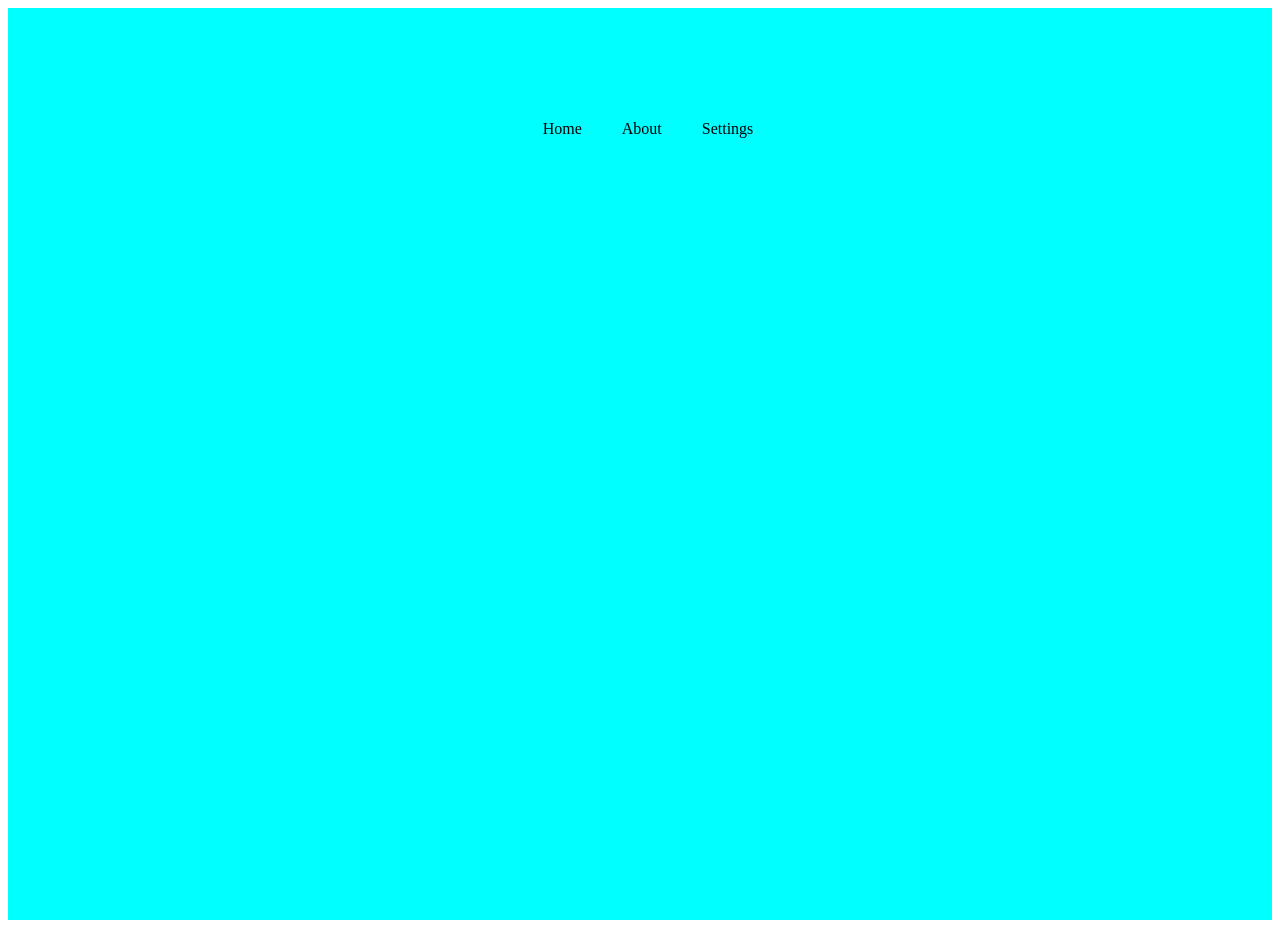
Repository: k8ANStar/Questify
Page: /
An editor plug-in stored every save of this project. The page is shown before and after the next save, followed by the edit.
The browser window is 1280 px wide. The pictures show the whole page.
The project was rebuilt for these pictures with package versions that can differ from the ones it lists, and the page was loaded fresh each time. The framework's server and built-in components were replaced by stand-ins that run in the browser. Also part of the build but not shown: next.config.mjs.

Above is the page before, as saved 2024-03-24 21:50:27.

### pages/index.js
import Head from "next/head";
import styles from "@/styles/Home.module.css";
import Header from "@/components/Header";


export default function Home() {
  return (
    <>
      <Head>
        <title>Create Next App</title>
        <meta name="description" content="Generated by create next app" />
        <meta name="viewport" content="width=device-width, initial-scale=1" />
        <link rel="icon" href="/favicon.ico" />
      </Head>
      <main className={`${styles.main}`}>
     <Header />

      </main>
    </>
  );
}

### styles/Home.module.css
.main {
  display: flex;
  flex-direction: column;
  justify-content: space-between;
  align-items: center;
  padding: 6rem;
  min-height: 100vh;
  background-color: aqua;
}

### components/Header/index.js
import styles from "./Header.module.css"
import Link from "next/link";
export default function Header() {
	return (
		<>
			<ul className={styles.nav}>
				<li>
					<Link href={"/"} className={styles.home}>
						Home
					</Link>
				</li>
				<li>
					<Link href={"/About"} className={styles.about}>
						About
					</Link>
				</li>
				<li>
					<Link href={"/Settings"} className={styles.settings}>
						Settings
					</Link>
				</li>
			</ul>
		</>
	);
}

### components/Header/Header.module.css
.nav {
	display: flex;
	list-style-type: none;
	text-decoration: none;
}

.home,
.about,
.settings {
	text-decoration: none;
	color: var(--black);
	margin-right: 2rem;
	margin-left: 0.5rem;
	white-space: nowrap;
}

Loaded but not shown: pages/_app.js (common file); pages/_document.js (common file); styles/globals.css (common file)

After the next save:
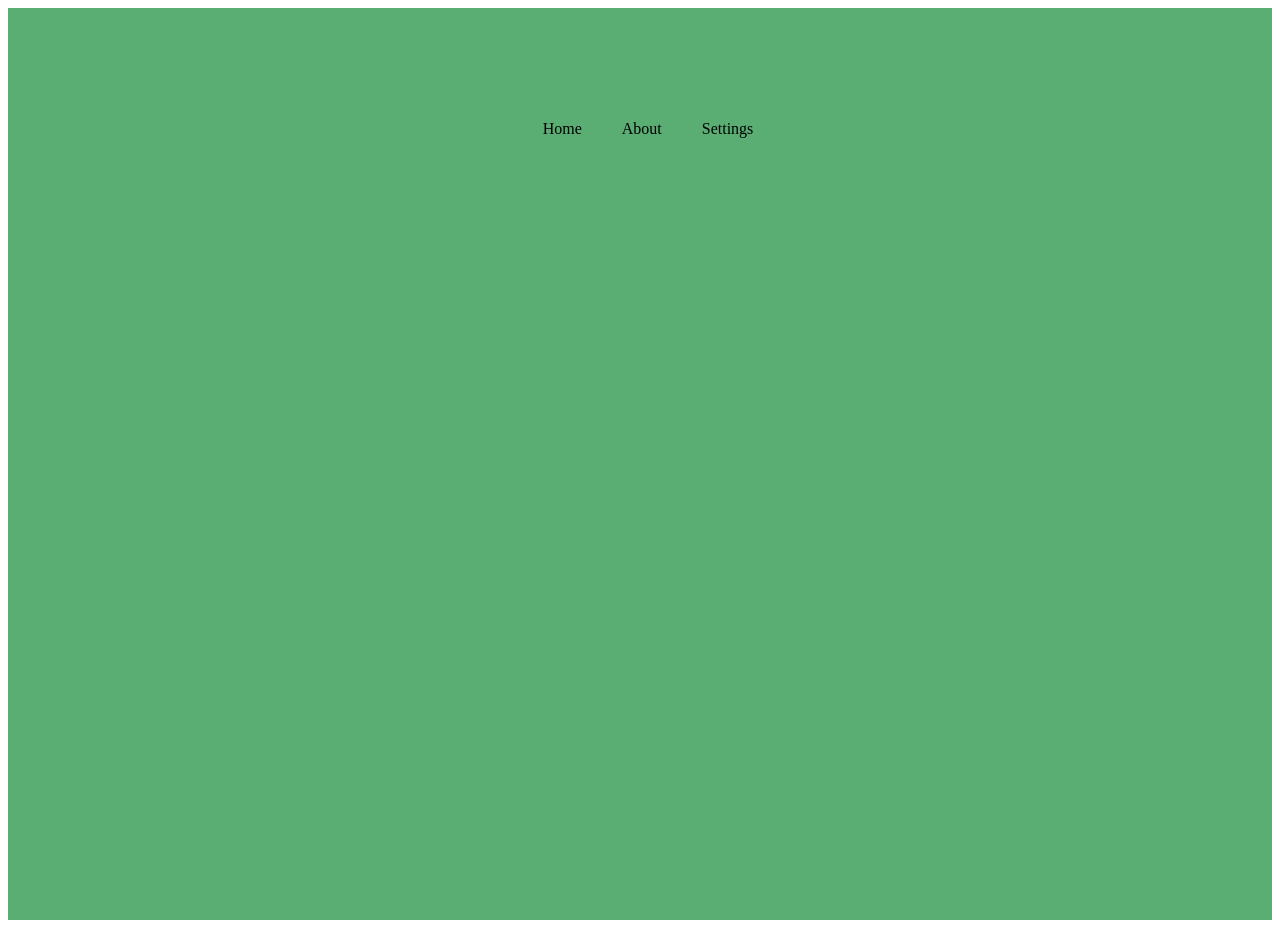
Saved 19 s later.
--- a/styles/Home.module.css
+++ b/styles/Home.module.css
@@ -5,5 +5,5 @@
   align-items: center;
   padding: 6rem;
   min-height: 100vh;
-  background-color: aqua;
+  background-color: rgb(91, 174, 115);
 }
